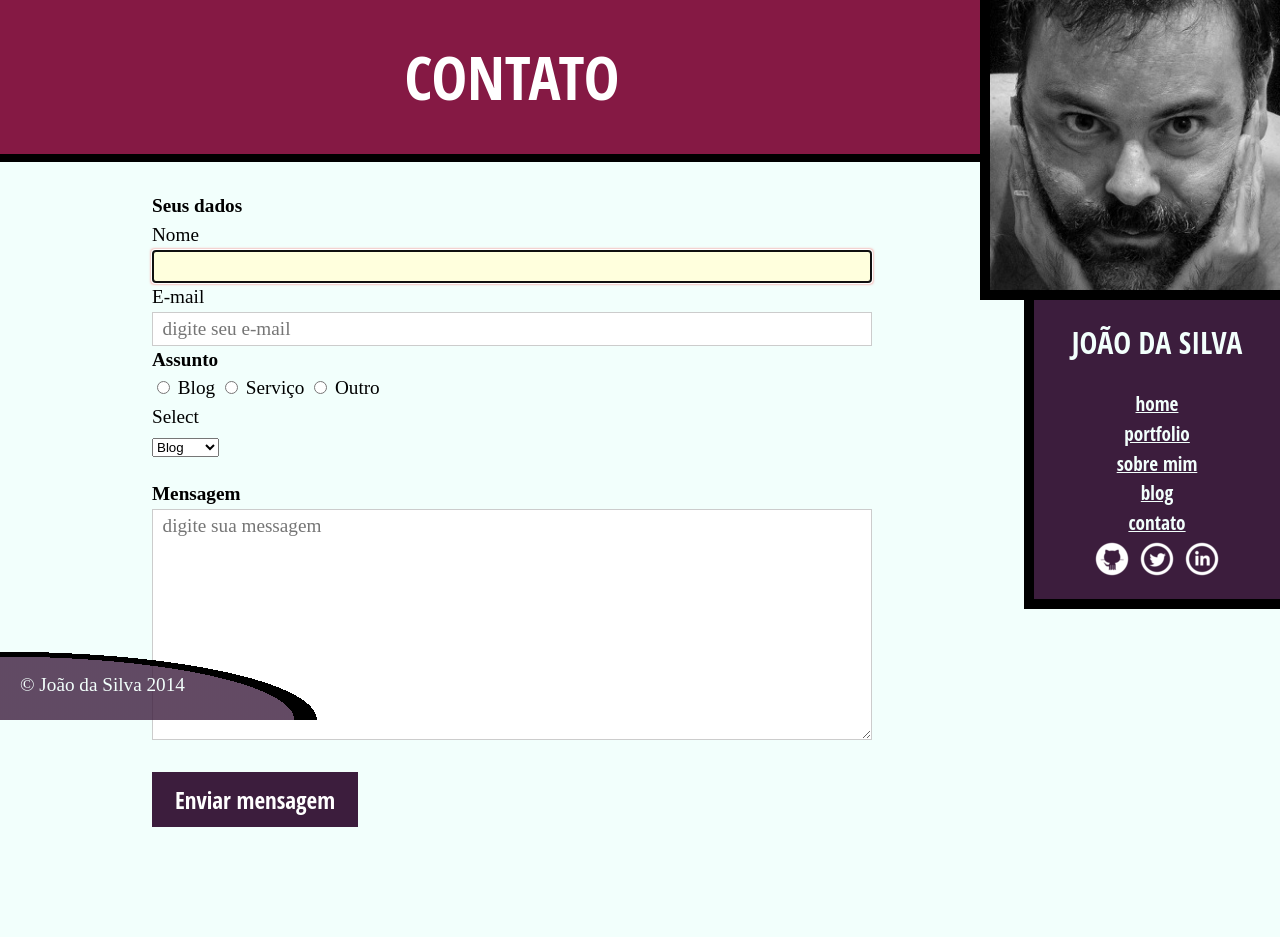
Repository: MichelMiola/html5Css3Avancado
Page: projeto/contato.html
The author's editor kept a copy of each file at every save. The page is drawn from the files as they stood at one save, then again after the next save.
The browser window is 1280 px wide. The pictures show the whole page.
Some web fonts or font styles are not loaded; a fallback is used.

Above is the page before, as saved 2015-03-24 20:41:24.

### projeto/contato.html
<!DOCTYPE html>
<html>
<head>
<meta charset="utf-8">
<title>João da Silva - Contato</title>
<link rel="icon" href="imagens/favicon.png">
<link rel="stylesheet" href="css/reset.css">
<link rel="stylesheet" href="css/site.css">
<link rel="stylesheet" href="css/contato.css">
<link rel="stylesheet"href="http://fonts.googleapis.com/css?family=Crimson+Text:400,400italic,600">
<link rel="stylesheet" href="http://fonts.googleapis.com/css?family=Open+Sans+Condensed:700">
</head>
<body>
	<main>
	<h1 class="titulo-principal">Contato</h1>
	<div class="container">
		<form>
			<fieldset>
				<legend>Seus dados</legend>
				<label for="nome">Nome</label>
				<input id="nome" type="text" name="nome" required autofocus pattern="[A-Za-z ']{4,}" title="O nome precisa ter pelo menos 4 caracteres">
				<label for="email">E-mail</label>
				<input type="email" placeholder="digite seu e-mail" id="email">
			</fieldset>
			<fieldset>
				<legend>Assunto</legend>
				<label> <input type="radio" name="assunto" value="Blog">
					Blog
				</label> <label> <input type="radio" name="assunto" value="Serviço">
					Serviço
				</label>
				<fieldset>
					<input type="radio" name="assunto" value="Outro" id="outro">
					<label for="outro"> Outro </label> <input type="text"
						name="outro-assunto">
				</fieldset>
				<label for="assunto">Select</label>
				<select name="assunto" id="assunto">
					<option value="blog">Blog</option>
					<option value="servico">Serviço</option>
					<option value="outro">Outro</option>
				</select>
			</fieldset>
			<label for="mensagem">Mensagem</label>
			<textarea name="msg" id="mensagem" cols="60" rows="10"
				placeholder="digite sua messagem"></textarea>
			<fieldset>
				<button type="submit">Enviar mensagem</button>
			</fieldset>
		</form>
	</div>
	</main>
	<img src="imagens/eu.jpg" alt="Minha foto" class="minha-foto">
	<aside class="navegacao-site">
		<h1>João da Silva</h1>
		<nav>
			<ul>
				<li><a href="index.html">Home</a></li>
				<li><a href="portfolio.html">Portfolio</a></li>
				<li><a href="bio.html">Sobre mim</a></li>
				<li><a href="blog.html">Blog</a></li>
				<li><a href="contato.html">Contato</a></li>
			</ul>
		</nav>
		<ul class="icones-redes-sociais">
			<li><a href="https://github.com/joaodasilva" class="github"
				data-tooltip="Veja meus projetos opensource"> Github </a></li>
			<li><a href="https://twitter.com/joaodasilva" class="twitter"
				data-tooltip="Siga-me no Twitter"> Twitter </a></li>
			<li><a href="https://br.linkedin.com/pub/joão-da-silva/32/4/508"
				class="linkedin" data-tooltip="Veja meu currículo"> LinkedIn </a></li>
		</ul>
	</aside>
	<footer class="rodape-pagina"> &copy; João da Silva 2014 </footer>
</body>
</html>

### projeto/css/site.css
body {
	font-family: "Crimson Text", "Times New Roman", serif;
	background-color: #F2FFFC;
	font-size: 120%;
	line-height: 1.5;
}

h1, h2, .subtitulo-principal {
	font-family: "Open Sans Condensed", "Arial", sans-serif;
}

h1 {
	text-transform: uppercase;
	font-size: 60px;
}

.titulo-principal {
	text-align: center;
	background-color: #851944;
	color: #FFF;
	padding: 2rem;
	border-bottom: .5rem solid #000;
}

.subtitulo-texto {
	font-size: 30px;
	clear: both;
}

main a {
	color: #851944;
}

main p {
	text-align: justify;
	margin: 20px 0;
}

.navegacao-site {
	text-align: center;
	background-color: #3C1D3D;
	color: #F2FFFC;
	padding: 20px;
}

.navegacao-site a {
	color: inherit;
	font-family: "Open Sans Condensed", "Arial", sans-serif;
	text-transform: lowercase;
}

.navegacao-site h1 {
	font-size: 30px;
	margin-bottom: 25px;
}

.rodape-pagina {
	/* background-color: #000; */
	color: #F2FFFC;
	padding: 20px;
	clear: both;
	position: fixed;
	bottom: 0;
	left: 0;
	width: 100%;
	box-sizing: border-box;
	/* background-color: rgba(0, 0, 0, 0.3); */
	background-image: radial-gradient(ellipse at left bottom, rgba(60, 29, 61, 0.8),
		rgba(60, 29, 61, 0.8) 65%, black 65%, black 70%, transparent 70%,
		transparent);
	background-size: 25% 100%;
	background-repeat: no-repeat;
}

.container {
	width: 720px;
	margin-left: auto;
	margin-right: auto;
	padding: 30px 0;
}

strong {
	font-weight: bold;
}

em {
	font-style: italic;
}

.icones-redes-sociais li {
	display: inline-block;
}

.icones-redes-sociais a {
	width: 40px;
	height: 40px;
	display: block;
	text-indent: -99999px;
}

.github {
	background-image: url(../imagens/github.png);
}

.twitter {
	background-image: url(../imagens/twitter.png);
}

.linkedin {
	background-image: url(../imagens/linkedin.png);
}

main {
	width: 80%;
	float: left;
	padding-bottom: 80px;
}

.minha-foto, .navegacao-site {
	border-left: 10px solid black;
	border-bottom: 10px solid black;
	box-sizing: border-box;
}

.navegacao-site {
	width: 20%;
	float: right;
	position: relative;
	top: 300px;
}

.minha-foto {
	position: absolute;
	top: 0;
	right: 0;
	height: 300px;
}

.leia-mais {
	padding: .5em;
	margin: 1em;
	display: block;
	font-size: 1.25em;
	text-align: center;
	background-color: #E6E7E8;
}

.citacao-bio {
	background-color: #D9E5E3;
	border: .5em solid #C2CCCA;
	padding: 1em;
	margin: 1em 2em;
	width: 30ch;
	box-sizing: border-box;
}

main a:hover,
main a:focus,
footer a:hover,
footer a:focus {
  color: red;
}

.navegacao-site a:hover,
.navegacao-site a:focus {
  text-shadow: 0 0 2px pink;
}

.icones-redes-sociais a:hover::after,
.icones-redes-sociais a:focus::after {
  content: attr(data-tooltip);
}

.icones-redes-sociais a {
  position: relative;
}
.icones-redes-sociais a:hover::after,
.icones-redes-sociais a:focus::after {
  content: attr(data-tooltip);
  position: absolute;
  top: 100%;
  right: 0;
  text-indent: 0;
}

.icones-redes-sociais a {
  position: relative;
}
.icones-redes-sociais a:hover::after,
.icones-redes-sociais a:focus::after {
  content: attr(data-tooltip);
  position: absolute;
  top: 100%;
  right: 0;
  text-indent: 0;
  width: 300%;
}

.icones-redes-sociais a {
  position: relative;
}

.icones-redes-sociais a:hover::before,
.icones-redes-sociais a:focus::before {
  content: '';
}

.icones-redes-sociais a:hover::before,
.icones-redes-sociais a:focus::before {
  content: '';
  width: 1em;
  height: 1em;
  background-color: black;
}

.icones-redes-sociais a:hover::before,
.icones-redes-sociais a:focus::before {
  content: '';
  width: 1em;
  height: 1em;
  background-color: black;
  position: absolute;
  bottom: 0;
  left: 0;
}

.icones-redes-sociais a:hover::before,
.icones-redes-sociais a:focus::before {
    content: '';
    width: 1em;
    height: 1em;
    background-color: black;
    position: absolute;
    bottom: 0;
    left: 0;
    transform: translateY(.5em) rotate(45deg);
}

.icones-redes-sociais a:hover::after,
.icones-redes-sociais a:focus::after {
  content: attr(data-tooltip);
  position: absolute;
  top: 100%;
  right: 0;
  text-indent: 0;
  width: 300%;
  background: black;
  font-size: .75em;
}

### projeto/css/contato.css
/* Podemos usar um seletor de atributo para selecionar
   apenas a legenda desse campo e não dos outros */
legend,
label[for="mensagem"] {
  font-weight: bold;
  margin-top: 1em;
}

/* As tags <label> que têm o atributo "for" são
   os rótulos dos campos sem ser os assuntos */
label[for] {
  display: block;
}

/* Selecionamos apenas os campos de texto */
input[type="text"],
input[type="email"],
textarea {
  /* Força o navegador a usar a mesma fonte da página */
  font-family: inherit;
  /* Inclusive o tamanho dela */
  font-size: 100%;
  padding: .25em .5em;
  width: 100%;
  box-sizing: border-box;
  border: 1px solid #ccc;
}
/* alguns ajustes para o campo "Outro": deixar ele na mesma linha dos outros assuntos */
fieldset > fieldset {
  display: inline;
}
/* deixar o rótulo dele inline de novo */
label[for="outro"] {
  display: inline;
}
/* deixar só esse campo sem ocupar a tela toda */
input[name="outro-assunto"] {
  width: auto;
}

input:focus,
textarea:focus {
  background-color: #FFD;
}

input:invalid {
  box-shadow: 0 0 3px red;
}

button {
  /* Precisamos tirar a borda que o navegador coloca por padrão */
  border: 0;
  padding: .5em 1em;
  font-family: "Open Sans Condensed", sans-serif;
  background-color: #3C1D3D;
  color: white;
  font-size: 1.2em;
  /* Faz com que o botão apareça na direita */
  margin-left: auto;
  margin-top: 1em;
}

button:focus,
button:focus {
  background-color: #8C1D3D;
}

input[value="Outro"] ~ input {
  display: none;
}

input[value="Outro"]:checked ~ input {
  display: inline;
}

Loaded but not shown: projeto/css/reset.css (common file)

After the next save:
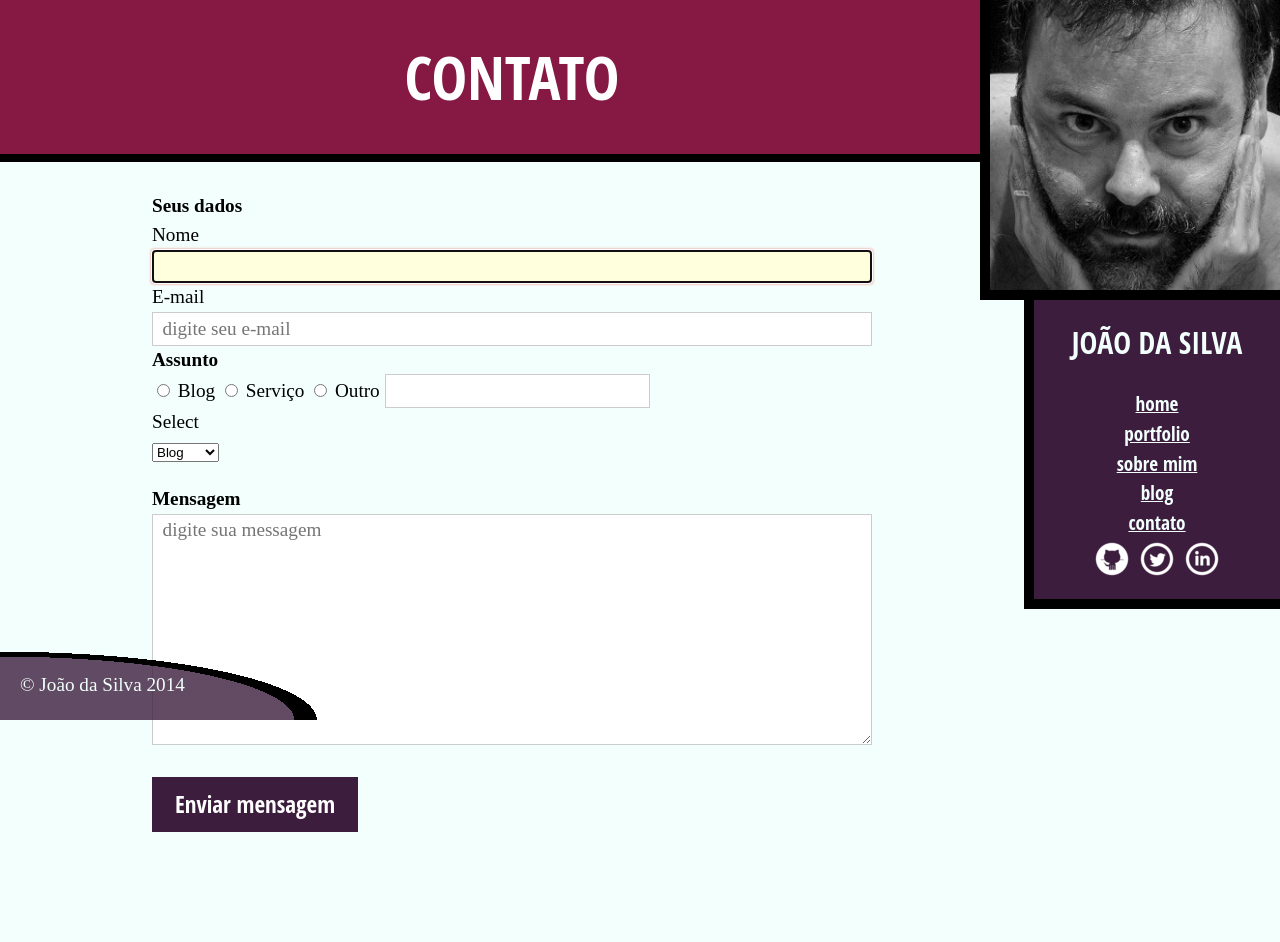
Saved 91 s later.
--- a/projeto/css/contato.css
+++ b/projeto/css/contato.css
@@ -66,7 +66,7 @@
 }
 
 input[value="Outro"] ~ input {
-  display: none;
+  display: inline;
 }
 
 input[value="Outro"]:checked ~ input {

After the save that followed:
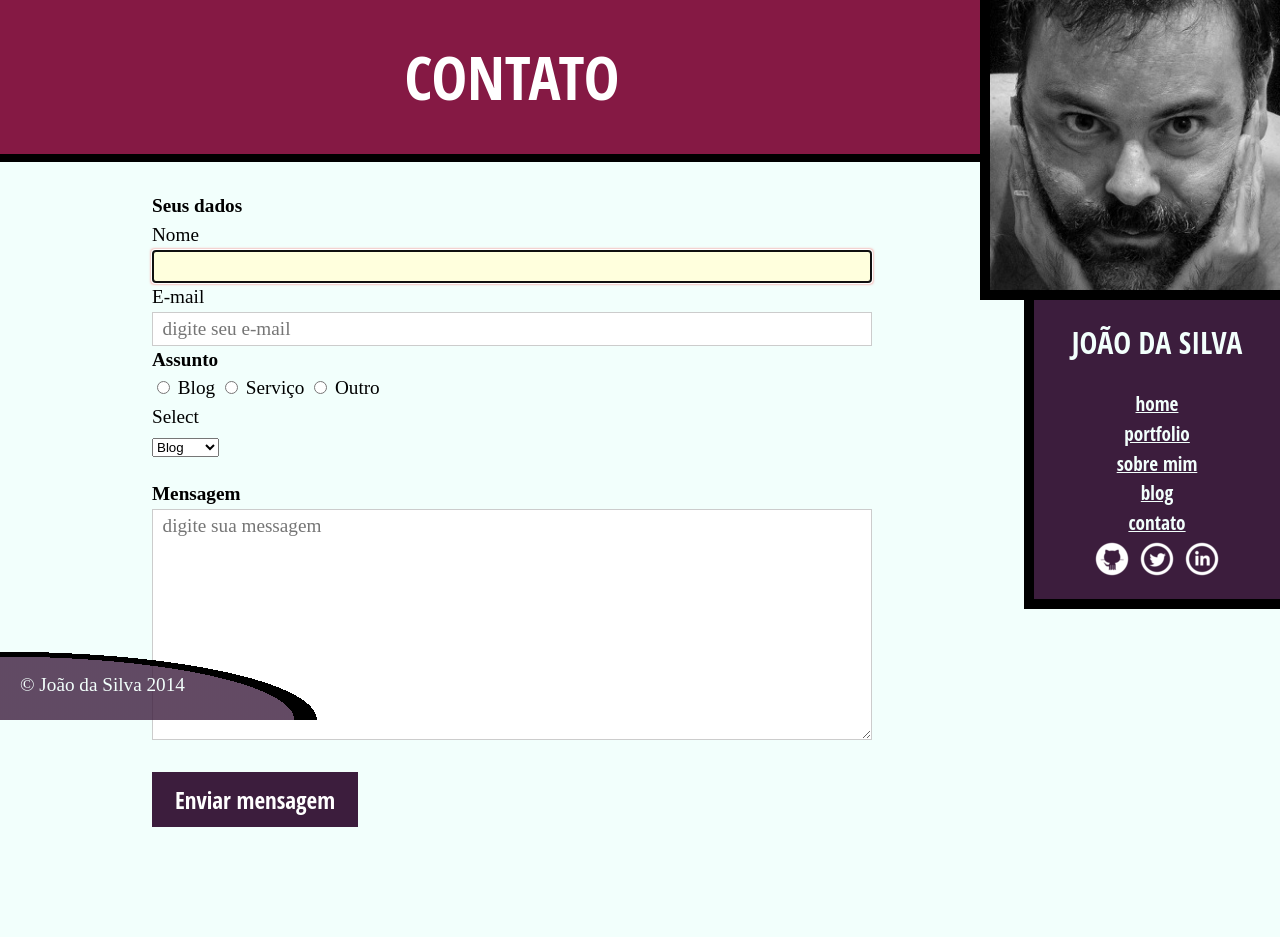
Saved 11 s later.
--- a/projeto/css/contato.css
+++ b/projeto/css/contato.css
@@ -66,7 +66,7 @@
 }
 
 input[value="Outro"] ~ input {
-  display: inline;
+  display: none;
 }
 
 input[value="Outro"]:checked ~ input {
